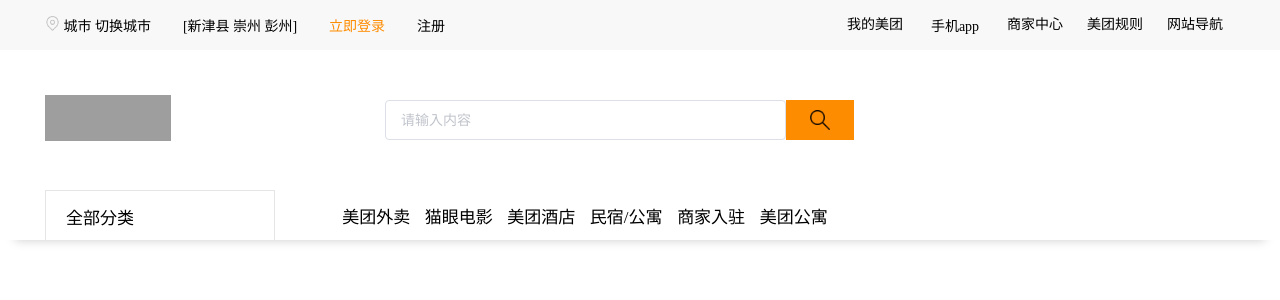
Repository: jinggegeZ/-
Page: /
These files come from the project's save history. The page is drawn as it stood at one moment and after the next save; the edit follows.
The browser window is 1280 px wide. The pictures show the whole page.
The pointer rests on the first visible `.nav2box2font`.
Pictures or frames that could not be fetched are drawn as grey boxes. The page's requests for data from a server got no answer. The project was rebuilt for these pictures with package versions that can differ from the ones it lists, and the page was loaded fresh each time. No one was signed in, and anything a server would have sent is missing. Also part of the build but not shown: vue.config.js.

Above is the page before, as saved 2020-08-20 13:53:28.

### src/main.js
import Vue from 'vue'
import App from './App.vue'
import router from './router'
import store from './store'
import api from '../src/http/api'
import ElementUI from 'element-ui';
import 'element-ui/lib/theme-chalk/index.css';

Vue.use(ElementUI);
Vue.config.productionTip = false
Vue.prototype.$api = api
new Vue({
  router,
  store,
  render: h => h(App)
}).$mount('#app')

### src/App.vue
<template>
  <div id="app">
    <router-view/>
  </div>
</template>

<style lang="scss">
@import '../src/style/style';
</style>

### src/http/api.js
import service from './index'

export default{
    //获取城市
    getprovince (){
        return service.get('/province')
    }
}

### src/style/style.css
* {
    margin: 0;
    padding: 0;

}
/* 这是css3媒体查询 */
@media screen and (max-width: 1200px) {
    .top {
        width: 960px !important;
    }
}
/* top样式 */
.topbox {
    width: 100%;
    display: flex;
    justify-content: center;
    background:rgb(248,248,248);
    font-size: 14px;
}
.topbox1 {
    width: 100%;
    display: flex;
    justify-content: center;
    box-shadow: 0px 15px 10px -15px #ccc;
    font-size: 14px;
}
.top {
    width: 1190px;

}
.top1 {

    height: 50px;
    display: flex;
    justify-content: space-between;
}
.leftbox {
    display: flex;
    align-items: center;
    width: 400px;
    justify-content: space-between;
}
.leftbox div:hover {
    color: #FE8C00;
}
.rightbox {
    display: flex;
    align-items: center;
    width: 400px;
    justify-content: space-between;
}
.rightbox1 {
    width: 100px;
    height: 50px;
    display: flex;
    align-items: center;
    justify-content: center;
    position: relative;

}
.postion {
    position: absolute;
    z-index: 999;
    width: 100%;
    height: 100%;
    text-align: center;
    line-height: 50px;
}
.rightbox2 {
    visibility: hidden;
    right: 0;
    position: absolute;
    z-index: 998;
    top: 99%;
    background: white;
    border-left: 1px solid rgb(229,229,229);
    border-bottom: 1px solid rgb(229,229,229);
    border-right: 1px solid rgb(229,229,229);
    box-shadow: 0px 0px 10px 0px #ccc;
}
.rightbox3 {
    height: 36px;
    line-height: 36px;
    text-align: center;
    width: 78px;
}
.rightbox4 {
    height: 36px;
    line-height: 36px;
    text-align: center;
    width: 118px;
}
.rightbox5 {
    width: 1190px;
    height: 300px;
    display: flex;
    justify-content: center;
}
.rightbox6 {
    width: 95%;
    height: 95%;
    display: flex;
    justify-content: space-between;
}
.rightbox6-1 {
    width: 200px;
}
.rightbox6-1-1 {
    width: 200px;
    height: 80px;
    display: flex;
    justify-content: center;
    align-items: center;
    font-size: 16px;
}
.rightbox6-1-2 {
    width: 200px;
    height: 190px;
    font-size: 12px;
}
.rightbox6-1-2-1 {
    height: 30px;
    width: 100%;
    display: flex;
    justify-content: space-between;
    align-items: center;
}
.rightbox6-1-2-2 {
    height: 30px;
    width: 100%;
    display: flex;
    justify-content: flex-start;
    align-items: center;
}
.rightbox6-2 {
    width: 100px;
}
.rightbox6-2-1 {
    width: 100px;
    height: 80px;
    display: flex;
    justify-content: center;
    align-items: center;
    font-size: 16px;
}
.rightbox6-2-1-1 {
    width: 100px;
    height: 190px;
    font-size: 12px;
}
.rightbox6-2 {
    width: 100px;
}
.rightbox6-2-1-1-font {
    width: 100%;
    height: 25px;
    display: flex;
    justify-content: center;
    align-items: center;
}
.rightbox6-3 {
    width: 350px;

}
.rightbox6-3-1 {
    width: 350px;
    height: 80px;
    display: flex;
    justify-content: center;
    align-items: center;
    font-size: 16px;
}
.rightbox6-3-1-1 {
    width: 350px;
    height: 190px;
    font-size: 12px;
}
.rightbox6-3-1-1-1 {
    width: 100%;
    height: 80px;
    display: flex;
    justify-content: space-around;
    align-items: center;
}
.rightbox6-3-1-1-1-img {
    width: 60px;
    height: 60px;
    border-radius: 5px;
}









.postion:hover {
    color: #FE8C00;
}
.rightbox3:hover {
    color: #FE8C00;
}
.rightbox4:hover {
    color: #FE8C00;
}
.rightbox1:hover .rightbox2{
    visibility:visible
}
.rightbox1:hover {
    box-shadow: 0 3px 5px 0 rgba(0, 0, 0, 0.1);
}
.rightbox1:hover .postion {
    background-color: white;


}
.leftboximg {
    width: 15px;
    height: 15px;
}
.rightnow{
    color: #FE8C00;
}
/* nav部分 */
.nav {
    height: 140px;
    width: 100%;
    display: flex;
    align-items: center;
}
.nav1 {
    width: 240px;
    margin-right: 100px;
}
.nav1img {
    width: 126px;
    height: 46px;

}
.nav1input {
    display: flex;
    width: 469px;
    height: 50px;
    align-items: center;
}
.nav1input1 {
    width: 469px;
}
.nav1inputboox {
    width: 80px;
    height: 40px;
    background-color: #FE8C00;
    display: flex;
    justify-content: center;
    align-items: center;
}
.nav1inputbooximg {
    width: 20px;
    height: 20px;
}
.nav2 {
    width: 100%;
    height: 50px;
    display: flex;
}
.nav2box {
    width: 228px;
    height: 50px;
    border-left: 1px solid rgb(229,229,229);
    border-top: 1px solid rgb(229,229,229);
    border-right: 1px solid rgb(229,229,229);
    display: flex;
    align-items: center;
    font-size: 17px;
}
.all {
    padding-left: 20px;
}
.nav2box2 {
    margin-left: 60px;
    display: flex;
    align-items: center;
    justify-content: space-around;
    width: 500px;
    font-size: 17px;
}

### src/views/Home.vue
<template>
  <div>
      <top></top>
      <Navigation></Navigation>
  </div>
</template>

<script>
import top from "../components/top/top";
import Navigation from "../components/Navigation/Navigation";
export default {
  name: "",
  props: {},
  components: {
    top,
    Navigation,
  },
  data() {
    return {};
  },
  methods: {},
  mounted() {
    this.$api
      .getprovince()
      .then((res) => {
        console.log(res);
      })
      .catch((err) => {});
  },
  watch: {},
  computed: {},
};
</script>

<style scoped lang='scss'>

</style>

### src/http/index.js
import axios from 'axios'
// 创建一个axios的实列
const service = axios.create({
    // 请求的基础路径 如果配置了基础路径 基础路径在实际发请求的时候可以省略
    baseURL:'./api',
    timeout:10000
})

// 响应拦截
service.interceptors.response.use(res=>{
    return res.data
})

// 默认导出
export default service

### src/components/top/top.vue
<template>
  <div class="topbox">
    <div class="top">
      <div class="top1">
        <div class="leftbox">
          <div>
            <img class="leftboximg" src="../../../public/image/pos.png" alt /> 城市
            <span>切换城市</span>
          </div>
          <div>[新津县 崇州 彭州]</div>
          <div class="rightnow">立即登录</div>
          <div>注册</div>
        </div>
        <div class="rightbox">
          <div class="rightbox1">
            <div class="postion">我的美团</div>
            <div class="rightbox2">
              <div class="rightbox3">我的订单</div>
              <div class="rightbox3">我的收藏</div>
              <div class="rightbox3">抵用券</div>
              <div class="rightbox3">美团设置</div>
            </div>
          </div>

          <div class="rightbox1">手机app</div>
          <div class="rightbox1">
            <div class="postion">商家中心</div>
            <div class="rightbox2">
              <div class="rightbox4">美团餐饮用户中心</div>
              <div class="rightbox4">登录商家中心</div>
              <div class="rightbox4">美团智能收银</div>
              <div class="rightbox4">我想合作</div>
              <div class="rightbox4">手机免费开店</div>
              <div class="rightbox4">餐饮代理商招募</div>
              <div class="rightbox4">商家申请开票</div>
              <div class="rightbox4">免费合作美团排队</div>
            </div>
          </div>
          <div class="rightbox1">
            <div class="postion">美团规则</div>
            <div class="rightbox2">
              <div class="rightbox3">规则中心</div>
              <div class="rightbox3">规则目录</div>
              <div class="rightbox3">规则评议院</div>
            </div>
          </div>
          <div class="rightbox1">
            <div class="postion">网站导航</div>
            <div class="rightbox2">
              <div class="rightbox5">
                <div class="rightbox6">
                  <div class="rightbox6-1">
                    <div class="rightbox6-1-1">酒店旅游</div>
                    <div class="rightbox6-1-2">.
                        <div class="rightbox6-1-2-1">
                            <div>国际机票</div>
                            <div>火车票</div>
                            <div>民宿</div>
                        </div>
                        <div class="rightbox6-1-2-1">
                            <div>经济型酒店</div>
                            <div>主题酒店</div>
                            <div>商务酒店</div>
                        </div>
                        <div class="rightbox6-1-2-1">
                            <div>公寓</div>
                            <div>豪华酒店</div>
                            <div>客栈</div>
                        </div>
                        <div class="rightbox6-1-2-1">
                            <div>青年旅社</div>
                            <div>度假酒店</div>
                            <div>别墅</div>
                        </div>
                        <div class="rightbox6-1-2-2">
                            <div>农家院</div>
                        </div>

                    </div>
                  </div>
                  <div class="rightbox6-2">
                    <div class="rightbox6-2-1">吃美食</div>
                    <div class="rightbox6-2-1-1">
                        <div class="rightbox6-1-2-1">
                            <div>烤鱼</div>
                            <div>特色小吃</div>

                        </div>
                        <div class="rightbox6-1-2-1">
                            <div>烧烤</div>
                            <div>自助餐</div>

                        </div>
                        <div class="rightbox6-1-2-1">
                            <div>火锅</div>
                            <div>代金券</div>
                        </div>




                    </div>
                  </div>
                  <div class="rightbox6-2">
                    <div class="rightbox6-2-1">看电影</div>
                    <div class="rightbox6-2-1-1">
                        <div class="rightbox6-2-1-1-font">热映电影</div>
                        <div class="rightbox6-2-1-1-font">热门电影</div>
                        <div class="rightbox6-2-1-1-font">热映电影口碑榜</div>
                        <div class="rightbox6-2-1-1-font">最受期待电影</div>
                        <div class="rightbox6-2-1-1-font">国内票房榜</div>
                        <div class="rightbox6-2-1-1-font">北美票房榜</div>
                        <div class="rightbox6-2-1-1-font">电影排行榜</div>

                    </div>
                  </div>
                  <div class="rightbox6-3">
                  <div class="rightbox6-3-1">手机应用</div>
                    <div class="rightbox6-3-1-1">
                        <div class="rightbox6-3-1-1-1">
                            <div><img class="rightbox6-3-1-1-1-img" src="//s0.meituan.net/bs/fe-web-meituan/2d53095/img/appicons/meituan.png" alt=""></div>
                            <div><img class="rightbox6-3-1-1-1-img" src="//s1.meituan.net/bs/fe-web-meituan/404d350/img/appicons/waimai.png" alt=""></div>
                            <div><img class="rightbox6-3-1-1-1-img" src="https://p0.meituan.net/travelcube/162c3308d9622f6d9cfaa49e60be4dca8573.png" alt=""></div>
                            <div><img class="rightbox6-3-1-1-1-img" src="//s1.meituan.net/bs/fe-web-meituan/404d350/img/appicons/dianping.png" alt=""></div>
                            <div><img class="rightbox6-3-1-1-1-img" src="//s1.meituan.net/bs/fe-web-meituan/404d350/img/appicons/maoyan.png" alt=""></div>
                        </div>
                    </div>
                  </div>
                </div>
              </div>
            </div>
          </div>
        </div>
      </div>
    </div>
  </div>
</template>

<script>
export default {
  name: "",
  props: {},
  components: {},
  data() {
    return {};
  },
  methods: {},
  mounted() {},
  watch: {},
  computed: {},
};
</script>

<style scoped lang='scss'>
</style>

### src/components/Navigation/Navigation.vue
<template>
 <div class="topbox1">
  <div class="top">
    <div class="nav">
      <!-- 美团-->
      <div class="nav1">
        <div><img class="nav1img" src="//s0.meituan.net/bs/fe-web-meituan/fa5f0f0/img/logo.png" alt=""></div>
      </div>
     <!-- 搜索-->
      <div class="nav1input">
        <div class="nav1input1"><el-input v-model="input" placeholder="请输入内容"></el-input></div>
        <div class="nav1inputboox"><img class="nav1inputbooximg" src="../../../public/image/search.png" alt=""></div>
      </div>
    </div>
    <div class="nav2">
      <div class="nav2box"><div class="all">全部分类</div></div>
      <div class="nav2box2">
        <div class="nav2box2font">美团外卖</div>
        <div class="nav2box2font2">猫眼电影</div>
        <div class="nav2box2font2">美团酒店</div>
        <div class="nav2box2font">民宿/公寓</div>
        <div class="nav2box2font">商家入驻</div>
        <div class="nav2box2font2">美团公寓</div>
      </div>
    </div>
  </div>
 </div>
</template>

<script>
 export default {
   name: '',
   props: {
   },
   components: {

   },
   data () {
     return {
       input: ''
     }
   },
   methods: {

   },
   mounted() {

   },
   watch: {

   },
   computed: {

   }
 }
</script>

<style scoped lang='scss'>

</style>

Loaded but not shown: public/index.html (common file); src/router/index.js (common file); src/store/index.js (common file)

After the next save:
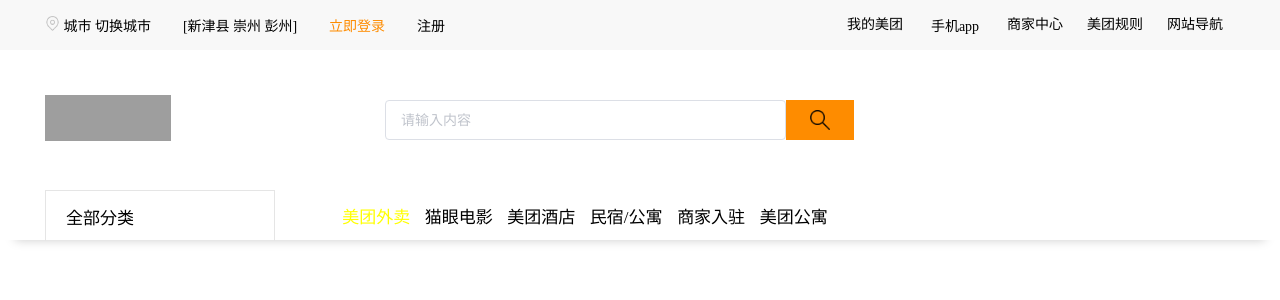
Saved 22 s later.
--- a/src/style/style.css
+++ b/src/style/style.css
@@ -187,7 +187,9 @@
     height: 60px;
     border-radius: 5px;
 }
-
+.nav2box2font:hover {
+    color: yellow;
+}
 
 
 
